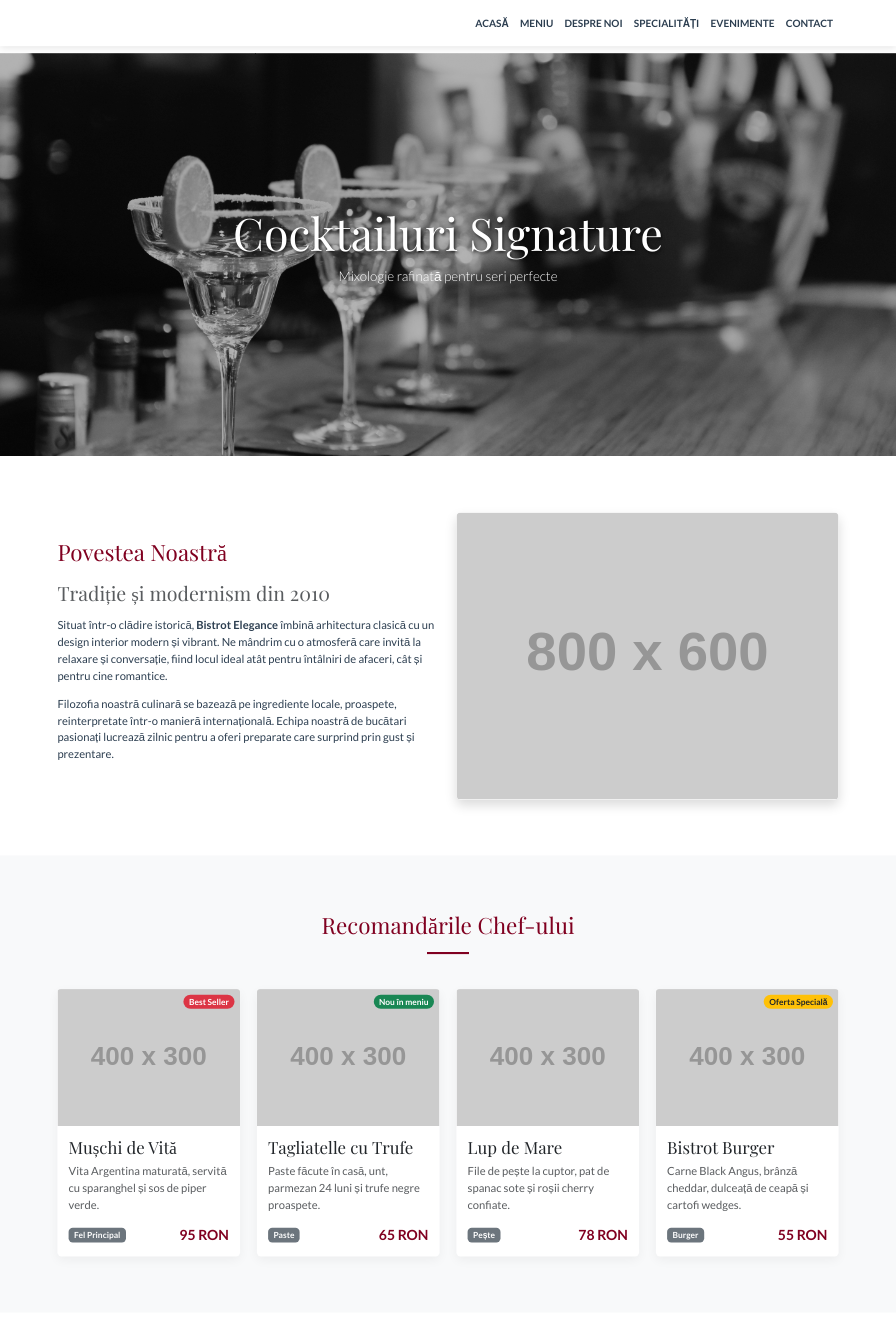
Repository: 912-Comsa-Teodora/bistrot-restaurant
Page: restaurant/index.html
These files come from the project's save history. The page is drawn as it stood at one moment and after the next save; the edit follows.
The browser window is 1280 px wide. The pictures show the part of the page from y = 0 to 1920 px (the page is 3056 px tall before and 3050 px after), at 70% of full size.

Above is the page before, as saved 2026-01-04 21:32:56.

### restaurant/index.html
<!DOCTYPE html>
<html lang="ro">
<head>
    <meta charset="UTF-8">
    <meta name="viewport" content="width=device-width, initial-scale=1.0">
    <meta name="description" content="Cel mai bun restaurant și bar din oraș. Atmosferă unică, meniu select.">
    <meta name="author" content="Numele Tau">

    <title>Bistrot Elegance - Restaurant & Bar</title>

    <link href="https://cdn.jsdelivr.net/npm/bootstrap@5.3.0/dist/css/bootstrap.min.css" rel="stylesheet">

    <link rel="stylesheet" href="https://cdnjs.cloudflare.com/ajax/libs/font-awesome/6.4.0/css/all.min.css">

    <link href="https://fonts.googleapis.com/css2?family=Playfair+Display:wght@400;700&family=Lato:wght@300;400;700&display=swap" rel="stylesheet">

    <style>
        :root {
            --primary-color: #800020; /* Visiniu elegant stil Toulouse */
            --gold-color: #d4af37;
            --text-dark: #2c3e50;
        }

        body {
            font-family: 'Lato', sans-serif;
            color: var(--text-dark);
            padding-top: 76px; /* Pentru a nu ascunde continutul sub meniul fix */
        }

        h1, h2, h3, h4, h5 {
            font-family: 'Playfair Display', serif;
            color: var(--primary-color);
        }

        /* Navigatie */
        .navbar {
            background-color: #fff;
            box-shadow: 0 2px 10px rgba(0,0,0,0.1);
        }

        .navbar-brand img {
            max-height: 40px;
        }

        .nav-link {
            color: var(--text-dark);
            font-weight: 700;
            text-transform: uppercase;
            font-size: 0.9rem;
        }

        .nav-link:hover {
            color: var(--primary-color);
        }

        /* Carousel Custom */
        #heroCarousel .carousel-item img {
            height: 80vh; /* Inaltimea caruselului */
            object-fit: cover;
            filter: brightness(0.7); /* Intunecam putin imaginile pentru contrast text */
        }

        .carousel-caption {
            top: 50%; /* Pozitionam partea de sus a textului la mijlocul ecranului */
            transform: translateY(-50%); /* Ridicam textul cu jumatate din inaltimea sa pentru centrare perfecta */
            bottom: auto; /* Resetam pozitia implicita a Bootstrap-ului de jos */
            /* Optional: ajustam latimea pentru a nu fi prea lat pe ecrane mari */
            width: 70%;
            left: 15%;
        }

        /* --- NEW --- Spatiere egala intre linii */
        .carousel-caption p {
            /* Resetam marginile implicite si setam o distanta uniforma */
            margin-top: 0;
            margin-bottom: 1.5rem;
            font-size: 1.2rem; /* Am marit putin textul paragrafelor pentru lizibilitate */
            font-weight: 300;
        }

        .carousel-caption h2 {
            font-size: 4rem;
            color: #fff;
            text-shadow: 2px 2px 4px rgba(0,0,0,0.6);
        }

        /* Sectiuni Generale */
        section {
            padding: 80px 0;
        }

        .bg-light-custom {
            background-color: #f8f9fa;
        }

        .section-title {
            text-align: center;
            margin-bottom: 50px;
            position: relative;
        }

        .section-title::after {
            content: '';
            display: block;
            width: 60px;
            height: 3px;
            background-color: var(--primary-color);
            margin: 20px auto;
        }

        /* Carduri Meniu */
        .card {
            border: none;
            transition: transform 0.3s;
            box-shadow: 0 5px 15px rgba(0,0,0,0.05);
        }

        .card:hover {
            transform: translateY(-5px);
        }

        .price-tag {
            font-size: 1.25rem;
            font-weight: bold;
            color: var(--primary-color);
        }

        /* Footer */
        footer {
            background-color: #1a1a1a;
            color: #fff;
            padding: 60px 0 20px;
        }

        footer h4 {
            color: var(--gold-color);
            margin-bottom: 20px;
        }

        .social-icons a {
            color: #fff;
            font-size: 1.5rem;
            margin-right: 15px;
            transition: color 0.3s;
        }

        .social-icons a:hover {
            color: var(--gold-color);
        }
    </style>
</head>
<body>

    <header id="home">
        <nav class="navbar navbar-expand-lg navbar-light fixed-top">
            <div class="container">
                <a class="navbar-brand" href="index.html">
                    <img src="./pictures/Bistrot-Elegance-Logo.png" alt="Logo Bistrot Elegance">
                </a>

                <button class="navbar-toggler" type="button" data-bs-toggle="collapse" data-bs-target="#navbarContent" aria-controls="navbarContent" aria-expanded="false" aria-label="Toggle navigation">
                    <span class="navbar-toggler-icon"></span>
                </button>

                <div class="collapse navbar-collapse" id="navbarContent">
                    <ul class="navbar-nav ms-auto mb-2 mb-lg-0">
                        <li class="nav-item">
                            <a class="nav-link" href="#home">Acasă</a>
                        </li>
                        <li class="nav-item">
                            <a class="nav-link" href="#meniu">Meniu</a>
                        </li>
                        <li class="nav-item">
                            <a class="nav-link" href="#despre">Despre Noi</a>
                        </li>
                        <li class="nav-item">
                            <a class="nav-link" href="#specialitati">Specialități</a>
                        </li>
                        <li class="nav-item">
                            <a class="nav-link" href="#evenimente">Evenimente</a>
                        </li>
                        <li class="nav-item">
                            <a class="nav-link" href="#contact">Contact</a>
                        </li>
                    </ul>
                </div>
            </div>
        </nav>
    </header>

        <div id="heroCarousel" class="carousel slide" data-bs-ride="carousel">
            <div class="carousel-inner">
                <div class="carousel-item active" data-bs-interval="4000">
                    <img src="pictures/restaurant-imagine-principala.jpg" class="d-block w-100" alt="Interior restaurant seara cu lumini ambientale">
                    <div class="carousel-caption d-none d-md-block">
                        <p>Bine ați venit la</p>
                        <h2>Bistrot Elegance</h2>
                        <p>O experiență culinară de neuitat în inima orașului</p>
                    </div>
                </div>

                <div class="carousel-item" data-bs-interval="4000">
                    <img src="pictures/cover-bauturi.jpg" class="d-block w-100" alt="Barman preparând cocktailuri signature">
                    <div class="carousel-caption d-none d-md-block">
                        <h2>Cocktailuri Signature</h2>
                        <p>Mixologie rafinată pentru seri perfecte</p>
                    </div>
                </div>

                <div class="carousel-item" data-bs-interval="4000">
                    <img src="pictures/cover-mancare.jpg" class="d-block w-100" alt="Barman preparând cocktailuri signature">
                    <div class="carousel-caption d-none d-md-block">
                        <h2>Gusturi Autentice</h2>
                        <p>Preparate create cu pasiune din ingrediente locale</p>
                    </div>
                </div>

                <div class="carousel-item" data-bs-interval="4000">
                    <img src="pictures/cover-desert.jpg" class="d-block w-100" alt="Deserturi facute in casa">
                    <div class="carousel-caption d-none d-md-block">
                        <h2>Deserturi Artizanale</h2>
                        <p>Finalul dulce perfect pentru orice masă</p>
                    </div>
                </div>
            </div>
        </div>

    <section id="despre">
        <div class="container">
            <div class="row align-items-center">
                <div class="col-lg-6 mb-4 mb-lg-0">
                    <h2 class="mb-4">Povestea Noastră</h2>
                    <h3 class="text-muted mb-3">Tradiție și modernism din 2010</h3>
                    <p>
                        Situat într-o clădire istorică, <strong>Bistrot Elegance</strong> îmbină arhitectura clasică cu un design interior modern și vibrant. Ne mândrim cu o atmosferă care invită la relaxare și conversație, fiind locul ideal atât pentru întâlniri de afaceri, cât și pentru cine romantice.
                    </p>
                    <p>
                        Filozofia noastră culinară se bazează pe ingrediente locale, proaspete, reinterpretate într-o manieră internațională. Echipa noastră de bucătari pasionați lucrează zilnic pentru a oferi preparate care surprind prin gust și prezentare.
                    </p>
                </div>
                <div class="col-lg-6">
                    <img src="https://placehold.co/800x600/eee/333?text=Interior+Local" class="img-fluid rounded shadow" alt="Fotografie cu interiorul restaurantului la ora pranzului">
                </div>
            </div>
        </div>
    </section>

    <section id="specialitati" class="bg-light-custom">
        <div class="container">
            <h2 class="section-title">Recomandările Chef-ului</h2>
            <div class="row g-4">

                <div class="col-md-6 col-lg-3">
                    <div class="card h-100">
                        <span class="position-absolute top-0 end-0 badge rounded-pill bg-danger m-2">
                            Best Seller
                        </span>
                        <img src="https://placehold.co/400x300/800020/fff?text=Vita+Argentina" class="card-img-top" alt="Friptura de vita pe gratar">
                        <div class="card-body d-flex flex-column">
                            <h4 class="card-title">Mușchi de Vită</h4>
                            <p class="card-text text-muted">Vita Argentina maturată, servită cu sparanghel și sos de piper verde.</p>
                            <div class="mt-auto d-flex justify-content-between align-items-center">
                                <span class="badge bg-secondary">Fel Principal</span>
                                <span class="price-tag">95 RON</span>
                            </div>
                        </div>
                    </div>
                </div>

                <div class="col-md-6 col-lg-3">
                    <div class="card h-100">
                         <span class="position-absolute top-0 end-0 badge rounded-pill bg-success m-2">
                            Nou în meniu
                        </span>
                        <img src="https://placehold.co/400x300/d4af37/fff?text=Paste+Trufe" class="card-img-top" alt="Paste proaspete cu trufe negre">
                        <div class="card-body d-flex flex-column">
                            <h4 class="card-title">Tagliatelle cu Trufe</h4>
                            <p class="card-text text-muted">Paste făcute în casă, unt, parmezan 24 luni și trufe negre proaspete.</p>
                            <div class="mt-auto d-flex justify-content-between align-items-center">
                                <span class="badge bg-secondary">Paste</span>
                                <span class="price-tag">65 RON</span>
                            </div>
                        </div>
                    </div>
                </div>

                <div class="col-md-6 col-lg-3">
                    <div class="card h-100">
                        <img src="https://placehold.co/400x300/2c3e50/fff?text=Lup+de+Mare" class="card-img-top" alt="File de peste cu legume">
                        <div class="card-body d-flex flex-column">
                            <h4 class="card-title">Lup de Mare</h4>
                            <p class="card-text text-muted">File de pește la cuptor, pat de spanac sote și roșii cherry confiate.</p>
                            <div class="mt-auto d-flex justify-content-between align-items-center">
                                <span class="badge bg-secondary">Pește</span>
                                <span class="price-tag">78 RON</span>
                            </div>
                        </div>
                    </div>
                </div>

                <div class="col-md-6 col-lg-3">
                    <div class="card h-100">
                        <span class="position-absolute top-0 end-0 badge rounded-pill bg-warning text-dark m-2">
                            Oferta Specială
                        </span>
                        <img src="https://placehold.co/400x300/555/fff?text=Burger+Gourmet" class="card-img-top" alt="Burger mare cu cartofi prajiti">
                        <div class="card-body d-flex flex-column">
                            <h4 class="card-title">Bistrot Burger</h4>
                            <p class="card-text text-muted">Carne Black Angus, brânză cheddar, dulceață de ceapă și cartofi wedges.</p>
                            <div class="mt-auto d-flex justify-content-between align-items-center">
                                <span class="badge bg-secondary">Burger</span>
                                <span class="price-tag">55 RON</span>
                            </div>
                        </div>
                    </div>
                </div>

            </div>
        </div>
    </section>

    <section id="evenimente">
        <div class="container">
            <h2 class="section-title">Evenimente & Atmosferă</h2>
            <div class="row">
                <div class="col-lg-4 mb-4">
                    <h3>Muzică Live & Seri Tematice</h3>
                    <p>În fiecare seară de vineri și sâmbătă, atmosfera este întreținută de artiști locali de jazz și pian.</p>
                    <p>Organizam degustări de vinuri în fiecare ultimă joi din lună. Vă așteptăm să descoperiți soiuri premiate alături de somelierul nostru.</p>
                    <div class="alert alert-info mt-3" role="alert">
                        <strong>Rezervare necesară!</strong> Locurile sunt limitate pentru serile de muzică live.
                    </div>
                </div>

                <div class="col-lg-4 col-md-6 mb-4">
                    <img src="https://placehold.co/400x300/333/fff?text=Concert+Jazz" class="img-fluid rounded mb-4 w-100" alt="Formatie de jazz cantand live">
                    <img src="https://placehold.co/400x300/555/fff?text=Degustare+Vin" class="img-fluid rounded w-100" alt="Pahare de vin pe masa">
                </div>

                <div class="col-lg-4 col-md-6">
                    <img src="https://placehold.co/400x650/800020/fff?text=Petrecere+Privata" class="img-fluid rounded h-100 w-100" style="object-fit: cover;" alt="Grup de oameni la o masa festiva">
                </div>
            </div>
        </div>
    </section>

    <footer id="contact">
        <div class="container">
            <div class="row">
                <div class="col-md-4 mb-4">
                    <h4>Contact</h4>
                    <p><i class="fas fa-map-marker-alt me-2"></i> Strada Principală Nr. 10, Cluj-Napoca</p>
                    <p><i class="fas fa-phone me-2"></i> +40 722 123 456</p>
                    <p><i class="fas fa-envelope me-2"></i> contact@bistrotelegance.ro</p>
                </div>

                <div class="col-md-4 mb-4">
                    <h4>Program</h4>
                    <p>Luni - Joi: 10:00 - 23:00</p>
                    <p>Vineri - Sâmbătă: 10:00 - 02:00</p>
                    <p>Duminică: 12:00 - 23:00</p>
                </div>

                <div class="col-md-4 mb-4 text-md-end text-start">
                    <h4>Urmărește-ne</h4>
                    <div class="social-icons">
                        <a href="#" aria-label="Facebook"><i class="fab fa-facebook-f"></i></a>
                        <a href="#" aria-label="Instagram"><i class="fab fa-instagram"></i></a>
                        <a href="#" aria-label="TripAdvisor"><i class="fab fa-tripadvisor"></i></a>
                    </div>
                </div>
            </div>

            <hr class="bg-light">

            <div class="row">
                <div class="col-12 text-center">
                    <p class="small mb-0">&copy; 2023 Bistrot Elegance. Toate drepturile rezervate.</p>
                </div>
            </div>
        </div>
    </footer>

    <script src="https://cdn.jsdelivr.net/npm/bootstrap@5.3.0/dist/js/bootstrap.bundle.min.js"></script>
</body>
</html>

After the next save:
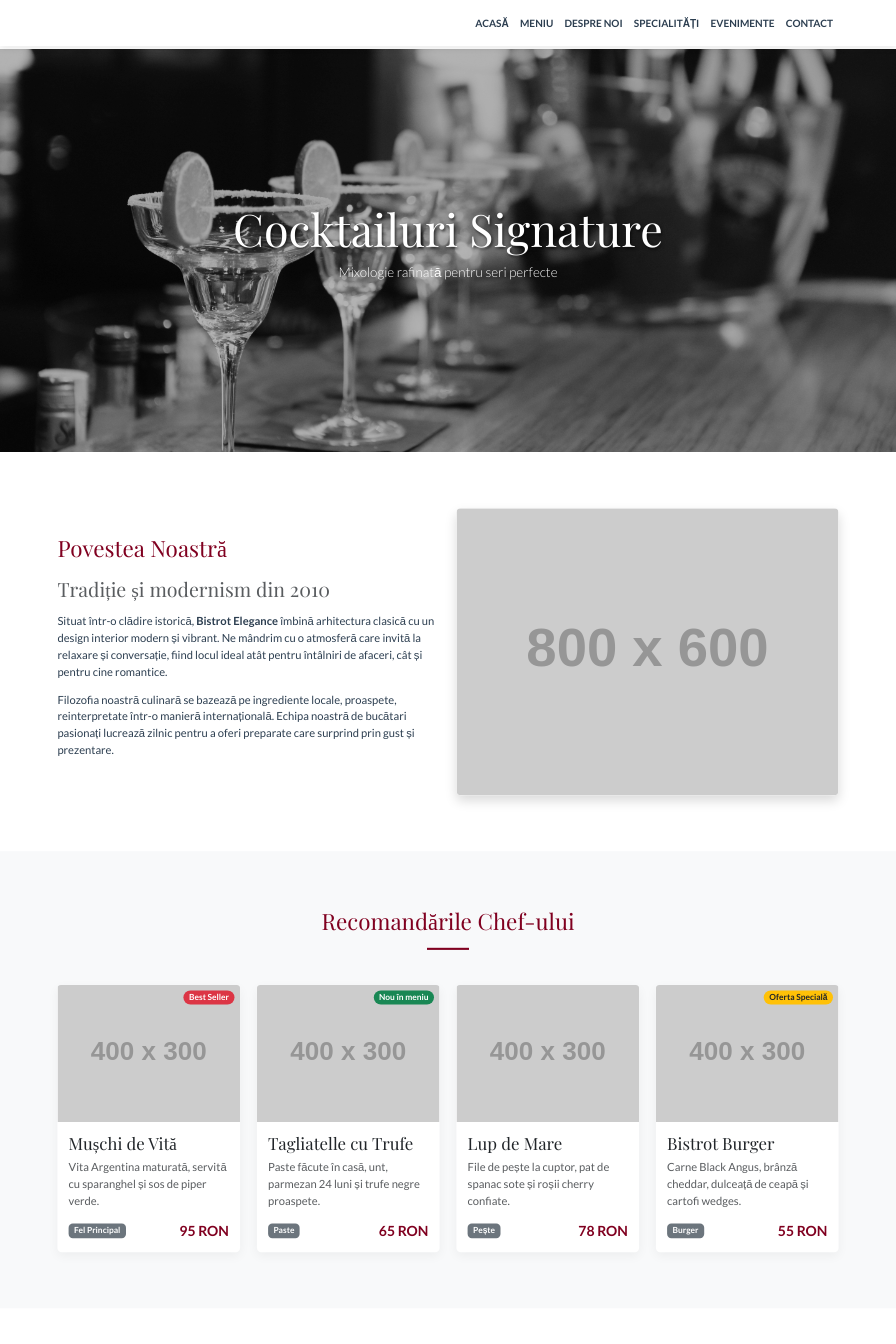
Saved 42 s later.
--- a/restaurant/index.html
+++ b/restaurant/index.html
@@ -24,7 +24,7 @@
         body {
             font-family: 'Lato', sans-serif;
             color: var(--text-dark);
-            padding-top: 76px; /* Pentru a nu ascunde continutul sub meniul fix */
+            padding-top: 70px; /* Pentru a nu ascunde continutul sub meniul fix */
         }
 
         h1, h2, h3, h4, h5 {
